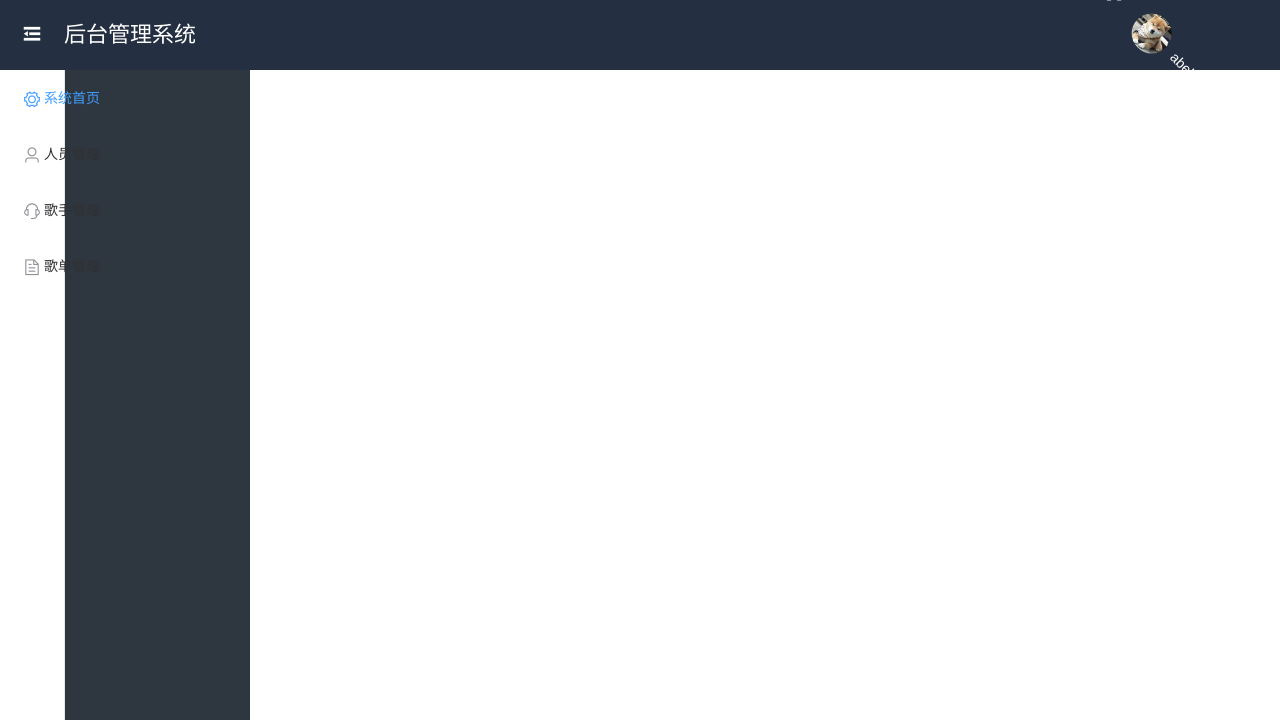
Repository: abel-chai/music-player
Page: /#/Home (app in music-player-manager/)
These files come from the project's save history. The page is drawn as it stood at one moment and after a run of saves; the edit follows.
The browser window is 1280 px wide. The pictures show the whole page.
The project was rebuilt for these pictures with package versions that can differ from the ones it lists, and the page was loaded fresh each time. Also part of the build but not shown: music-player-manager/vue.config.js, music-player-manager/src/pages/Login.vue, music-player-manager/src/pages/Info.vue, music-player-manager/src/pages/Client.vue, music-player-manager/src/pages/Admin.vue, music-player-manager/src/pages/Singer.vue, music-player-manager/src/pages/Sheet.vue.

Above is the page before, as saved 2022-10-25 00:50:31.

### music-player-manager/index.html
<!DOCTYPE html>
<html>
  <head>
    <meta charset="utf-8">
    <meta name="viewport" content="width=device-width,initial-scale=1.0">
    <meta name="keywords" content="vue.js, wms, vue2, 后台模板, 管理系统, element" />
    <meta name="description" content="基于Vue2 + Element UI 的后台管理系统解决方案" />
    <title>music-player</title>
  </head>
  <body>
    <div id="app"></div>
    <!-- built files will be auto injected -->
  </body>
</html>

### music-player-manager/src/main.js
// The Vue build version to load with the `import` command
// (runtime-only or standalone) has been set in webpack.base.conf with an alias.
import Vue from 'vue'
import App from './App'
import router from './router'
import ElementUI from 'element-ui'
import 'element-ui/lib/theme-chalk/index.css'
import store from './store/index'

Vue.config.productionTip = false

Vue.use(ElementUI);

/* eslint-disable no-new */
new Vue({
  el: '#app',
  router,
  store,
  render: h => h(App)
})

### music-player-manager/src/App.vue
<template>
  <div id="app">
    <router-view/>
  </div>
</template>

<script>
import "./assets/css/main.css"
import "./assets/css/color-dark.css"

export default {
  name: 'App'
}
</script>

### music-player-manager/src/router/index.js
import Vue from 'vue'
import Router from 'vue-router'

//引入路由组件
import Home from '../pages/Home'
import Login from '../pages/Login'
import Info from '../pages/Info'
import Client from '../pages/Client'
import Admin from '../pages/Admin'
import Singer from '../pages/Singer'
import Sheet from '../pages/Sheet'

Vue.use(Router)

export default new Router({
  routes: [
    {
      path: '/Home',
      component: Home,
      meta: { title: '主页' },
      children:[
        {
          path: 'Info',
          component: Info,
          meta: {title: '详情'}
        },
        {
          path: 'Client',
          component: Client,
          meta: { title: '用户管理' }
        },
        {
          path: 'Admin',
          component: Admin,
          meta: { title: '管理员管理' }
        },
        {
          path: 'Singer',
          component: Singer,
          meta: { title: '歌手管理' }
        },
        {
          path: 'Sheet',
          component: Sheet,
          meta: { title: '歌单管理' }
        }
      ]
    },
    {
      path: '/',
      component: Login,
      meta: { title: '登录' }
    }
  ]
})

### music-player-manager/src/store/index.js
import Vue from 'vue'
import Vuex from 'vuex'

Vue.use(Vuex)

const actions = {}

const mutations = {
  collapseChange(state,_){
    state.isCollapse = !state.isCollapse
  }
}

const state = {
  isCollapse: true
}

export default new Vuex.Store({
  actions,
  mutations,
  state
})

### music-player-manager/src/assets/css/main.css
*{margin:0;padding:0;}
html,body,#app,.wrapper{
    width:100%;
    height:100%;
    overflow: hidden;
}
body{
    font-family:"Helvetica Neue",Helvetica, "microsoft yahei", arial, STHeiTi, sans-serif;
}
a{text-decoration: none}
.content{
    background: none repeat scroll 0 0 #fff;
    position: absolute;
    left: 250px;
    right: 0;
    top: 70px;
    bottom:0;
    width: auto;
    padding:40px;
    box-sizing: border-box;
    overflow-y: scroll;
}
.crumbs{
    margin-bottom: 20px;
}
.pagination{
    margin: 20px 0;
    text-align: right;
}
.plugins-tips{
    padding:20px 10px;
    margin-bottom: 20px;
}
.el-button+.el-tooltip {
    margin-left: 10px;
}

.el-table tr:hover{
    background: #f6faff;
}
.mgb20{
    margin-bottom: 20px;
}

.move-enter-active,.move-leave-active{
    transition: opacity .5s;
}
.move-enter,.move-leave{
    opacity: 0;
}
/*BaseForm*/
.form-box{
    width:600px;
}
.form-box .line{
    text-align: center;
}
.el-time-panel__content::after, .el-time-panel__content::before {
    margin-top: -7px;
}
/*Readme*/
.ms-doc .el-checkbox__input.is-disabled+.el-checkbox__label{
    color: #333;
    cursor: pointer;
}
/*Upload*/
.pure-button{
    width:150px;
    height:40px;
    line-height: 40px;
    text-align: center;
    color: #fff;
    border-radius: 3px;
}
.g-core-image-corp-container .info-aside{
    height:45px;
}
.el-upload--text {
    background-color: #fff;
    border: 1px dashed #d9d9d9;
    border-radius: 6px;
    box-sizing: border-box;
    width: 360px;
    height: 180px;
    text-align: center;
    cursor: pointer;
    position: relative;
    overflow: hidden;
}
.el-upload--text .el-icon-upload {
    font-size: 67px;
    color: #97a8be;
    margin: 40px 0 16px;
    line-height: 50px;
}
.el-upload--text {
    color: #97a8be;
    font-size: 14px;
    text-align: center;
}
.el-upload--text em {
    font-style: normal;
}
/*VueEditor*/
.ql-container{
    min-height: 400px;
}
.ql-snow .ql-tooltip{
    transform: translateX(117.5px) translateY(10px) !important;
}
.editor-btn{
    margin-top: 20px;
}

### music-player-manager/src/pages/Home.vue
<template>
  <div class="wrapper">
    <Top/>
    <Sidebar/>
    <div class="content">
      <transition name="move" mode="out-in"><router-view/></transition>
    </div>
  </div>
</template>

<script>
  import Top from '../components/Top.vue';
  import Sidebar from '../components/Sidebar.vue';

  export default {
    name: 'Home',
    components: { Top, Sidebar}
  }
</script>

<style scoped>
  .wrapper{
    width:100%;
    height:100%;
    overflow: hidden;
  }
  .content{
    background: none repeat scroll 0 0 #fff;
    position: absolute;
    left: 250px;
    right: 0;
    top: 70px;
    bottom:0;
    width: auto;
    padding:40px;
    box-sizing: border-box;
    overflow-y: scroll;
  }
</style>

### music-player-manager/src/components/Top.vue
<template>
  <div class="header">
    <div class="collapse-btn" @click="collapseChange">
      <i v-if="!isCollapse" class="el-icon-s-unfold"/>
      <i v-else class="el-icon-s-fold"/>
    </div>
    <div class="logo">后台管理系统</div>
    <div class="header-right">
      <div class="header-user-con">
        <!-- 全屏显示 -->
        <div class="btn-fullscreen" @click="handleFullScreen">
          <el-tooltip effect="dark" :content="fullscreen?`取消全屏`:`全屏`" placement="bottom">
            <i class="el-icon-rank"></i>
          </el-tooltip>
        </div>
        <!-- 用户头像 -->
        <div class="user-avator">
          <img src="../assets/images/admin.png" />
        </div>
        <!-- 用户名下拉菜单 -->
        <el-dropdown class="user-name" trigger="click" @command="handleCommand">
          <span class="el-dropdown-link">
            {{username}}
            <i class="el-icon-caret-bottom"></i>
          </span>
          <el-dropdown-menu slot="dropdown">
            <el-dropdown-item divided command="loginout">退出登录</el-dropdown-item>
          </el-dropdown-menu>
        </el-dropdown>
      </div>
    </div>
  </div>
</template>

<script>
  import {mapState,mapMutations} from 'vuex'

  export default {
    name: 'Top',
    data() {
      return {
        name: 'abel',
        fullscreen: false,
      }
    },
    computed:{
      ...mapState(['isCollapse']),
      username(){
        let username = localStorage.getItem('adminName');
        return username ? username : this.name;
      }
    },
    methods:{
      ...mapMutations(['collapseChange']),
      handleCommand(command) {
        if(command === 'loginOut'){
          localStorage.removeItem('adminName')
          this.$router.push('/');
        }
      },
      handleFullScreen() {
            let element = document.documentElement;
            if (this.fullscreen) {
                if (document.exitFullscreen) {
                    document.exitFullscreen();
                } else if (document.webkitCancelFullScreen) {
                    document.webkitCancelFullScreen();
                } else if (document.mozCancelFullScreen) {
                    document.mozCancelFullScreen();
                } else if (document.msExitFullscreen) {
                    document.msExitFullscreen();
                }
            } else {
                if (element.requestFullscreen) {
                    element.requestFullscreen();
                } else if (element.webkitRequestFullScreen) {
                    element.webkitRequestFullScreen();
                } else if (element.mozRequestFullScreen) {
                    element.mozRequestFullScreen();
                } else if (element.msRequestFullscreen) {
                    // IE11
                    element.msRequestFullscreen();
                }
            }
            this.fullscreen = !this.fullscreen;
        }
    }
  }
</script>

<style scoped>
  .header {
    position: relative;
    box-sizing: border-box;
    width: 100%;
    height: 70px;
    font-size: 22px;
    color: #fff;
  }
  .collapse-btn {
    float: left;
    padding: 0 21px;
    cursor: pointer;
    line-height: 70px;
  }
  .header .logo {
    float: left;
    width: 250px;
    line-height: 70px;
  }
  .header-right {
    float: right;
    padding-right: 50px;
  }
  .header-user-con {
    display: flex;
    height: 70px;
    align-items: center;
    transform: rotate(45deg);
    margin-right: 5px;
    font-size: 24px;
  }
  .btn-fullscreen {
    position: relative;
    width: 30px;
    height: 30px;
    text-align: center;
    border-radius: 15px;
    cursor: pointer;
  }
  .user-name {
    margin-left: 10px;
  }
  .user-avator {
    margin-left: 20px;
  }
  .user-avator img {
    display: block;
    width: 40px;
    height: 40px;
    border-radius: 50%;
  }
  .el-dropdown-link {
    color: #fff;
    cursor: pointer;
  }
  .el-dropdown-menu__item {
    text-align: center;
  }
</style>

### music-player-manager/src/components/Sidebar.vue
<template>
  <div class="sidebar">
    <el-menu
    default-active="Info"
    class="el-menu-vertical-demo"
    theme="dark" unique-opened
    router
    :collapse="isCollapse"
    >
      <el-menu-item index="Info">
        <i class="el-icon-setting"/>系统首页
      </el-menu-item>
      <el-submenu index="User">
        <template slot="title"><i class="el-icon-user"/>人员管理</template>
        <el-menu-item index="Admin">管理员管理</el-menu-item>
        <el-menu-item index="Client">用户管理</el-menu-item>
      </el-submenu>
      <el-menu-item index="Singer">
        <i class="el-icon-service"/>歌手管理
      </el-menu-item>
      <el-menu-item index="Sheet">
        <i class="el-icon-document"/>歌单管理
      </el-menu-item>
    </el-menu>
  </div>
</template>

<script>
    import {mapState} from 'vuex'

  export default {
    name: 'Sidebar',
    computed:{
        ...mapState(['isCollapse']),
    }
  }
</script>

<style scoped>
  .sidebar{
    display: block;
    position: absolute;
    width: 250px;
    left: 0;
    top: 70px;
    bottom:0;
    background: #2E363F;
  }
  .sidebar > ul {
    height:100%;
  }
</style>

Loaded but not shown: music-player-manager/src/assets/css/color-dark.css (common file)

After the next 2 saves:
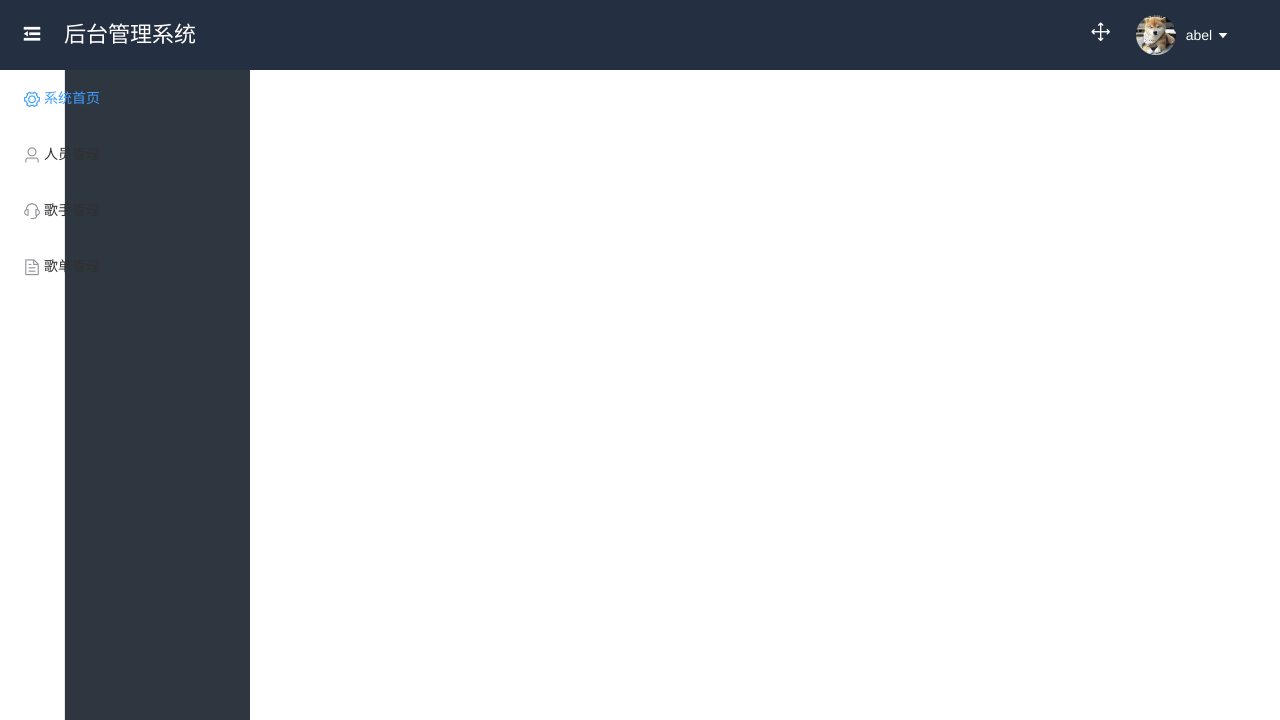
The 2 saves are shown as one change because they came seconds apart.
The last was saved 66 s later.
--- a/music-player-manager/src/components/Top.vue
+++ b/music-player-manager/src/components/Top.vue
@@ -116,9 +116,6 @@
     display: flex;
     height: 70px;
     align-items: center;
-    transform: rotate(45deg);
-    margin-right: 5px;
-    font-size: 24px;
   }
   .btn-fullscreen {
     position: relative;
